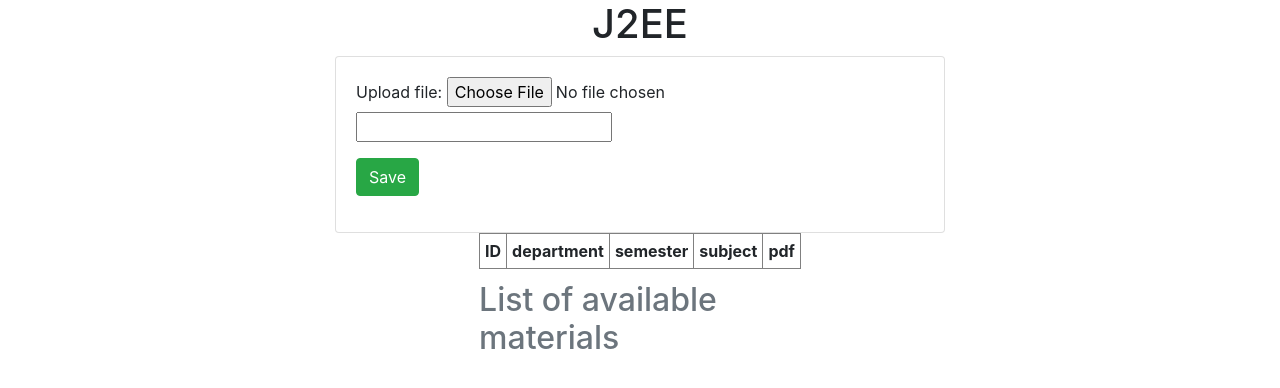
Repository: aishwaryan14/JavaProject
Page: http://localhost/StudentBuddy/
An editor plug-in stored every save of this project. The page is shown before and after the next save, followed by the edit.
The browser window is 1280 px wide. The pictures show the whole page.
The page is served by Tomcat 9. Queries for data that is not in the repository find no rows.

Above is the page before, as saved 2020-04-24 18:15:01.

After the next save:
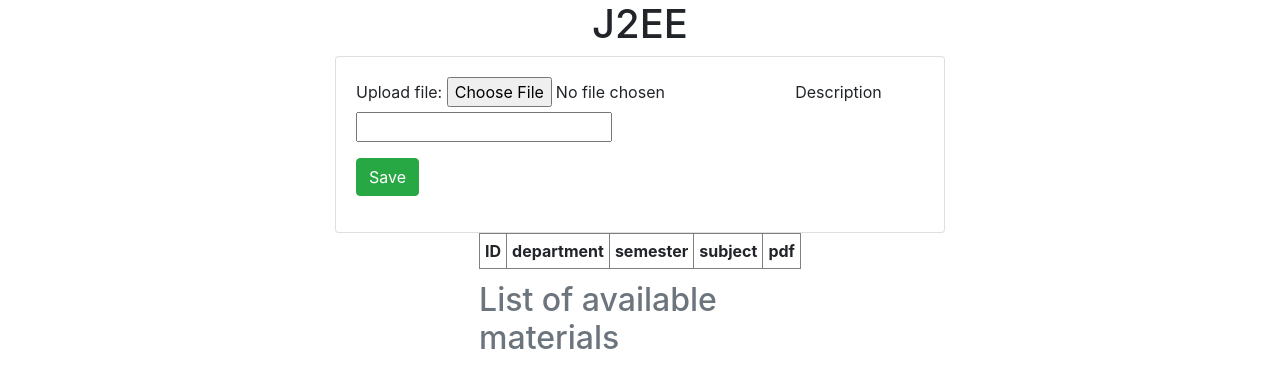
Saved 68 s later.
--- a/FinalJava/StudentBuddy/WebContent/index.jsp
+++ b/FinalJava/StudentBuddy/WebContent/index.jsp
@@ -26,6 +26,7 @@
       <label for="uploaded file">Upload file:</label>
        <input
        type="file" name="file" size="50" />
+       <label>Description</label>
        <input type="text" name="description"/>
      </div>
 

After the save that followed:
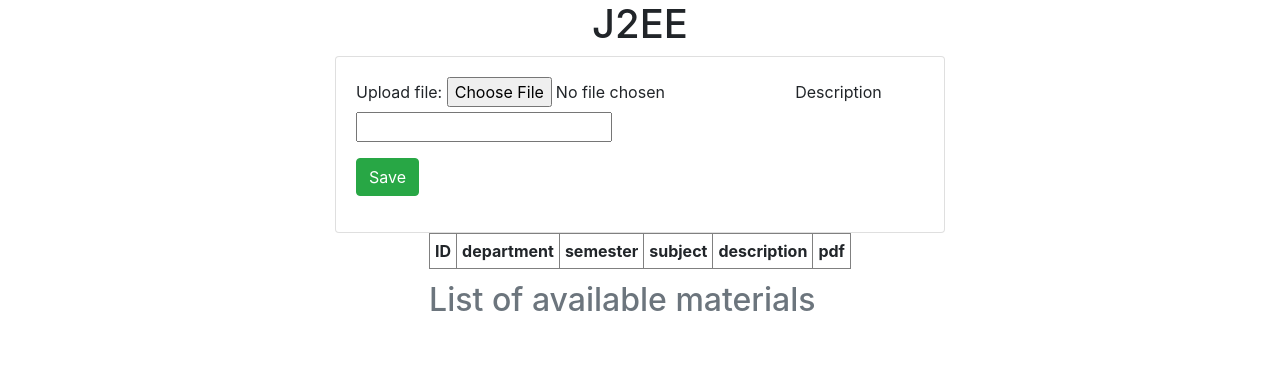
Saved 3 min 22 s later.
--- a/FinalJava/StudentBuddy/WebContent/index.jsp
+++ b/FinalJava/StudentBuddy/WebContent/index.jsp
@@ -57,6 +57,7 @@
                 <th>department</th>
                 <th>semester</th>
                 <th>subject</th>
+                <th>description</th>
                 <th>pdf</th>
 
             </tr>
@@ -66,6 +67,7 @@
                     <td><c:out value="${user.department}" /></td>
                     <td><c:out value="${user.semester}" /></td>
                     <td><c:out value="${user.subject}" /></td>
+                    <td><c:out value="${user.description}" /></td>
                     <td><form action="FileReadPdf"> <input type="hidden" name="bookId" value="${user.id}" /><input type="submit" value = "download"></form></td>
                 </tr>
             </c:forEach>
